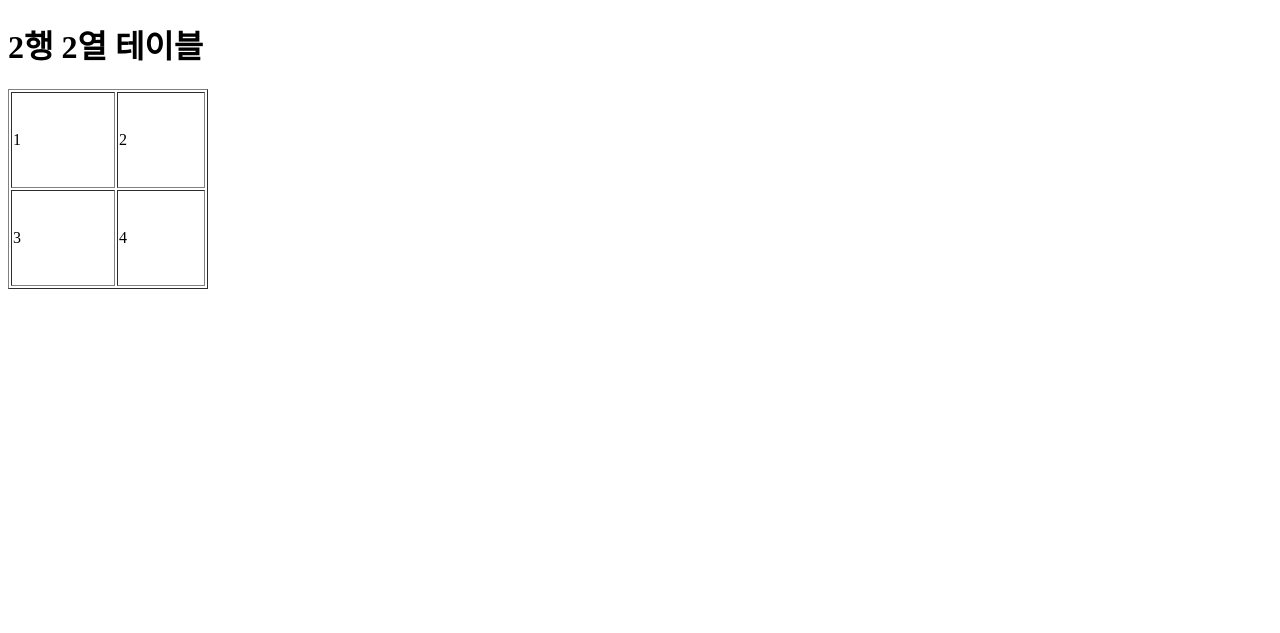
Repository: seula123/Front-End
Page: ClientTest/src/main/webapp/html/ex15_table.html
An editor plug-in stored every save of this project. The page is shown before and after the next save, followed by the edit.
The browser window is 1280 px wide. The pictures show the whole page.

Above is the page before, as saved 2023-09-21 00:22:24.

After the next save:
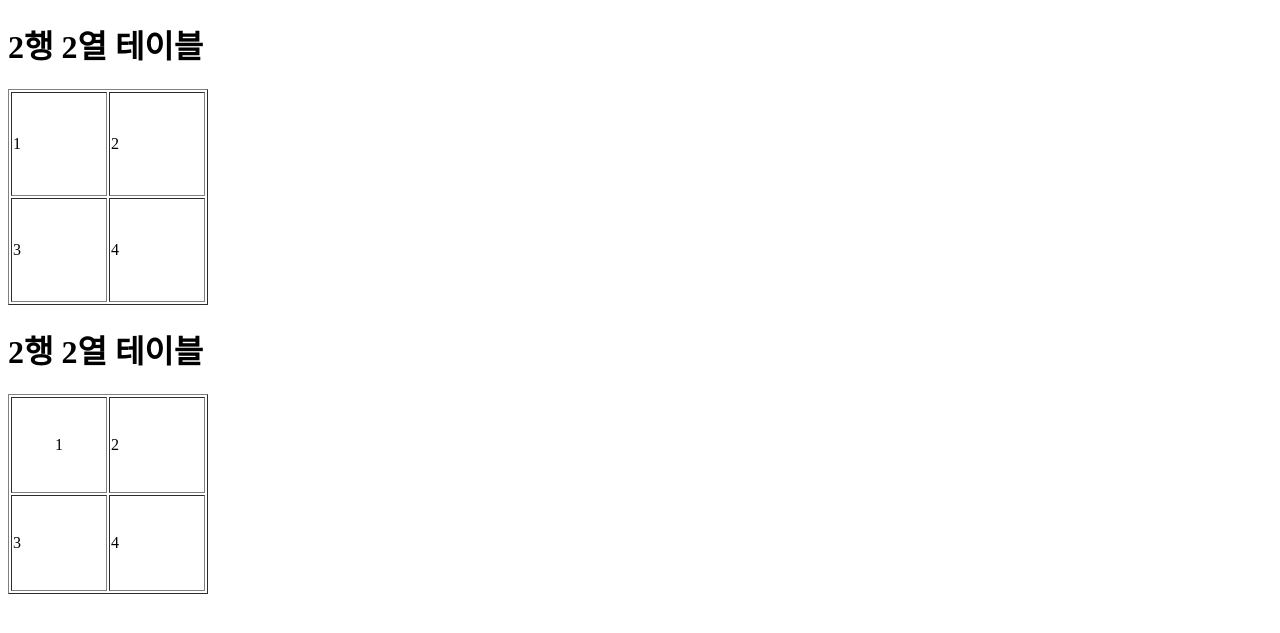
Saved 13 min 41 s later.
--- a/ClientTest/src/main/webapp/html/ex15_table.html
+++ b/ClientTest/src/main/webapp/html/ex15_table.html
@@ -33,16 +33,33 @@
 
 
    -->
+		<!-- 모든 셀의 너비의 합 == 테이블 너비  -->
+		<!-- 모든 셀의 높이의 합 == 테이블 높이  -->
 
 	<h1> 2행 2열 테이블</h1>
 
 	<table border = "1" width = "200" height="200">
 		<tr>
-			<td width="100">1</td>
+			<td width="100" height = "100">1</td>
+			<td width="100">2</td>
+		 	</tr>
+		<tr>
+			<td height = "100">3</td>
+			<td>4</td>
+		</tr>
+	</table>
+
+
+
+		<h1> 2행 2열 테이블</h1>
+
+	<table border = "1" width = "200" height="200">
+		<tr>
+			<td align = "center">1</td>
 			<td>2</td>
 		 	</tr>
 		<tr>
-			<td>3</td>
+			<td >3</td>
 			<td>4</td>
 		</tr>
 	</table>
